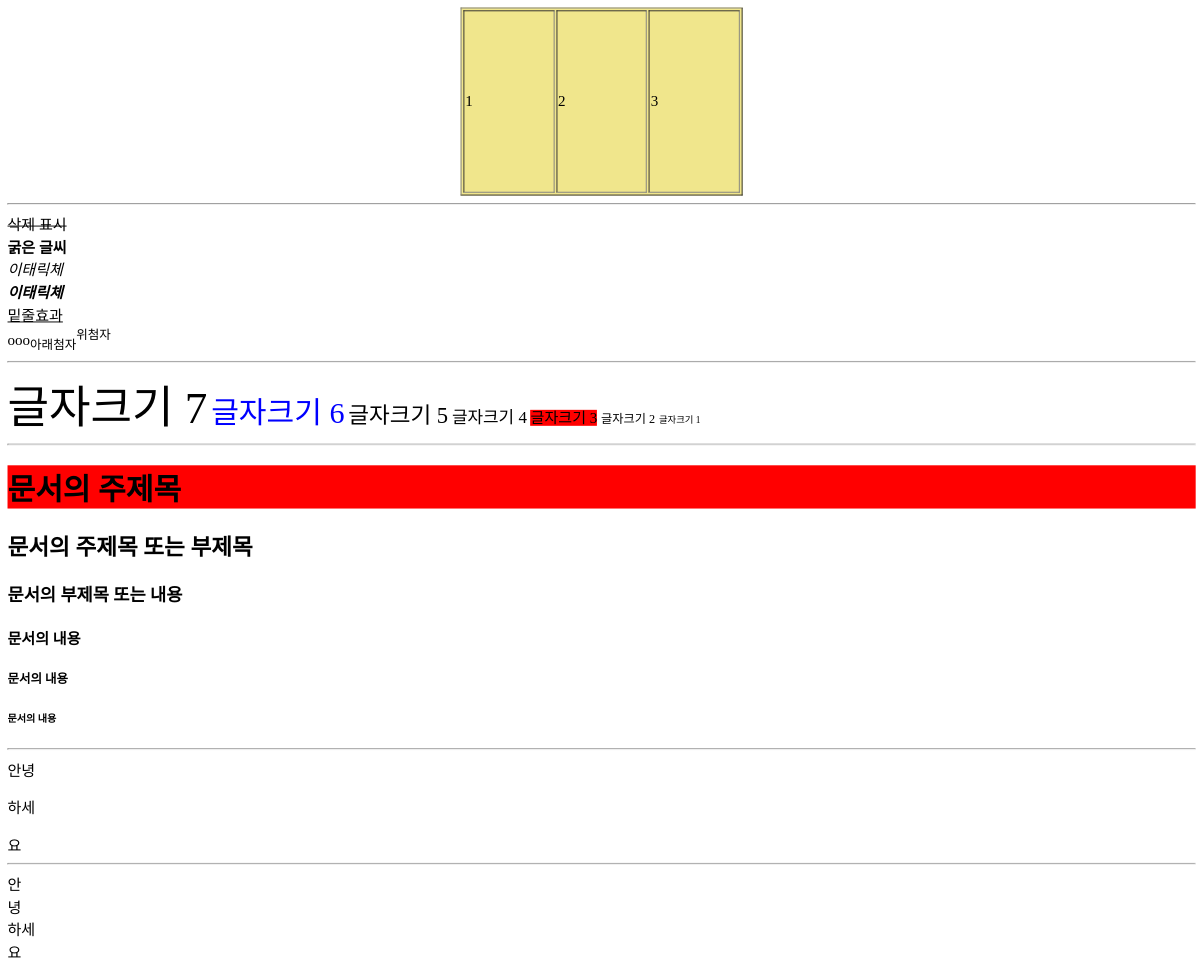
Repository: hui-Joo/html
Page: html/day01.html
The author's editor kept a copy of each file at every save. The page is drawn from the files as they stood at one save, then again after the next save.
The browser window is 1280 px wide. The pictures show the whole page, at 94% of full size.

Above is the page before, as saved 2021-10-04 05:20:39.

### html/day01.html
<!DOCTYPE html>
<html>
<head>
<meta charset="utf-8"> <!-- 이건 없어됨 꺽쇠 느낌표 바바가 주석임 -->
<title>Insert title here</title>
</head>
<!--
<body text="white" bgcolor="black">
-->
<body>

<table border="1" align="center" height="200" width="300" bgcolor="khaki">
	<tr>
		<td>1</td><td>2</td><td>3</td>

	</tr>
</table>

<hr>

<strike>삭제 표시</strike><br>
<b>굵은 글씨</b><br>
<i>이태릭체</i><br>
<i><b>이태릭체</b></i><br>
<u>밑줄효과</u><br>
ooo<sub>아래첨자</sub><sup>위첨자</sup>

<hr>

<font size="7">글자크기 7</font>
<font size="6" face="궁서체" color='blue'>글자크기 6</font>
<font size="5">글자크기 5</font>
<font size="4">글자크기 4</font>
<font size="3" style="background-color: red;">글자크기 3</font>
<font size="2">글자크기 2</font>
<font size="1">글자크기 1</font>

<hr>

<h1 style="background-color: red;">문서의 주제목</h1>
<h2>문서의 주제목 또는 부제목</h2>
<h3>문서의 부제목 또는 내용</h3>
<h4>문서의 내용</h4>
<h5>문서의 내용</h5>
<h6>문서의 내용</h6>

<hr>
	안녕
	<p>하세</p>
	요
<hr>
	안<br>녕<br>
	하세<br>
	요
<!--
	안녕하세요~
-->
</body>
</html>

After the next save:
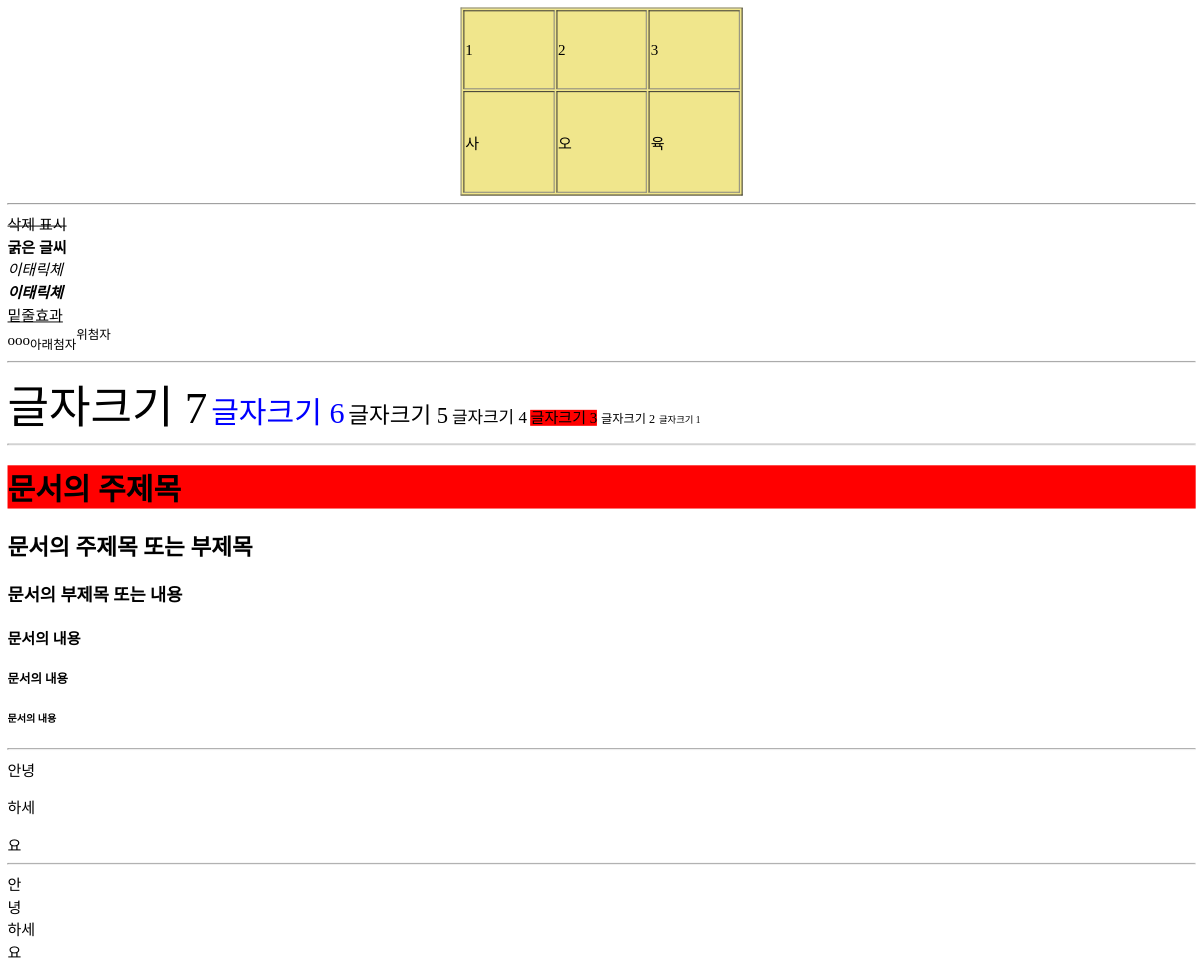
Saved 109 s later.
--- a/html/day01.html
+++ b/html/day01.html
@@ -12,6 +12,10 @@
 <table border="1" align="center" height="200" width="300" bgcolor="khaki">
 	<tr>
 		<td>1</td><td>2</td><td>3</td>
+
+	</tr>
+	<tr>
+		<td>사</td><td>오</td><td>육</td>
 
 	</tr>
 </table>
